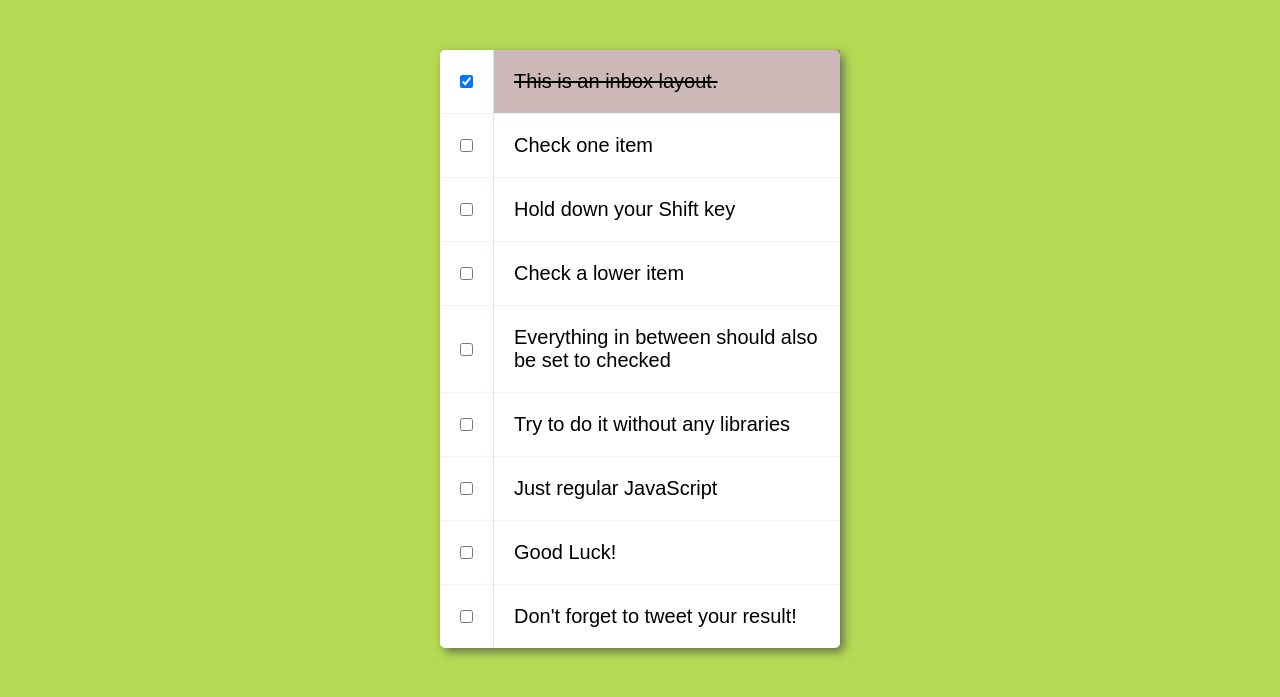
Repository: Freezler/Shift-Select-Checkboxes
Page: index.html
These files come from the project's save history. The page is drawn as it stood at one moment and after the next save; the edit follows.
The browser window is 1280 px wide. The pictures show the whole page.
The first `input` is checked.

Above is the page before, as saved 2024-09-07 21:19:55.

### index.html
<!DOCTYPE html>
<html lang="en">

<head>
  <meta charset="UTF-8">
  <title>Hold Shift to Check Multiple Checkboxes</title>
  <link rel="icon" href="https://fav.farm/🔥" />
</head>

<body>
  <style>
    html {
      font-family: sans-serif;
      font-weight: 500;

      background: rgb(180, 218, 85);
    }

    .inbox {
      max-width: 400px;
      margin: 50px auto;
      background: white;
      border-radius: 5px;
      box-shadow: 4px 4px 10px rgba(98, 108, 74, 0.947);
    }

    .item {
      display: flex;
      align-items: center;
      border-bottom: 1px solid #F1F1F1;
    }

    .item:last-child {
      border-bottom: 0;
    }

    input:checked+p {
      background: #F9F9F9;
      text-decoration: line-through;
    }

    input[type="checkbox"] {
      margin: 20px;

    }

    input:checked+p {
      background: #51090949;
      text-decoration: line-through;
    }


    p {
      margin: 0;
      padding: 20px;
      transition: background 0.2s;
      flex: 1;

      font-size: 20px;
      font-weight: 200;
      border-left: 1px solid #D1E2FF;
    }
  </style>
  <!--  The following is a common layout you would see in an email client.
        When a user clicks a checkbox, holds Shift, and then clicks another checkbox a few rows down, all the checkboxes in between those two checkboxes should be checked.

  -->
  <div class="inbox">
    <div class="item">
      <input type="checkbox">
      <p>This is an inbox layout.</p>
    </div>
    <div class="item">
      <input type="checkbox">
      <p>Check one item</p>
    </div>
    <div class="item">
      <input type="checkbox">
      <p>Hold down your Shift key</p>
    </div>
    <div class="item">
      <input type="checkbox">
      <p>Check a lower item</p>
    </div>
    <div class="item">
      <input type="checkbox">
      <p>Everything in between should also be set to checked</p>
    </div>
    <div class="item">
      <input type="checkbox">
      <p>Try to do it without any libraries</p>
    </div>
    <div class="item">
      <input type="checkbox">
      <p>Just regular JavaScript</p>
    </div>
    <div class="item">
      <input type="checkbox">
      <p>Good Luck!</p>
    </div>
    <div class="item">
      <input type="checkbox">
      <p>Don't forget to tweet your result!</p>
    </div>
  </div>

  <script>
    const checkboxes = document.querySelectorAll('.inbox input[type="checkbox"]');
    checkboxes.forEach(checkbox => checkbox.addEventListener('click', handleCheck))

    let lastChecked;

    function handleCheck(e) {
      // check for shift-press

      if (e.shiftKey && this.checked) {
        console.log("haha it's clicked with shift down AND checked!")
      }
      if (e.shiftKey && !this.checked) {
        console.log("haha it's clicked with shift down but not checked!")
      }
      lastChecked = this;
    }

  </script>
</body>

</html>

After the next save:
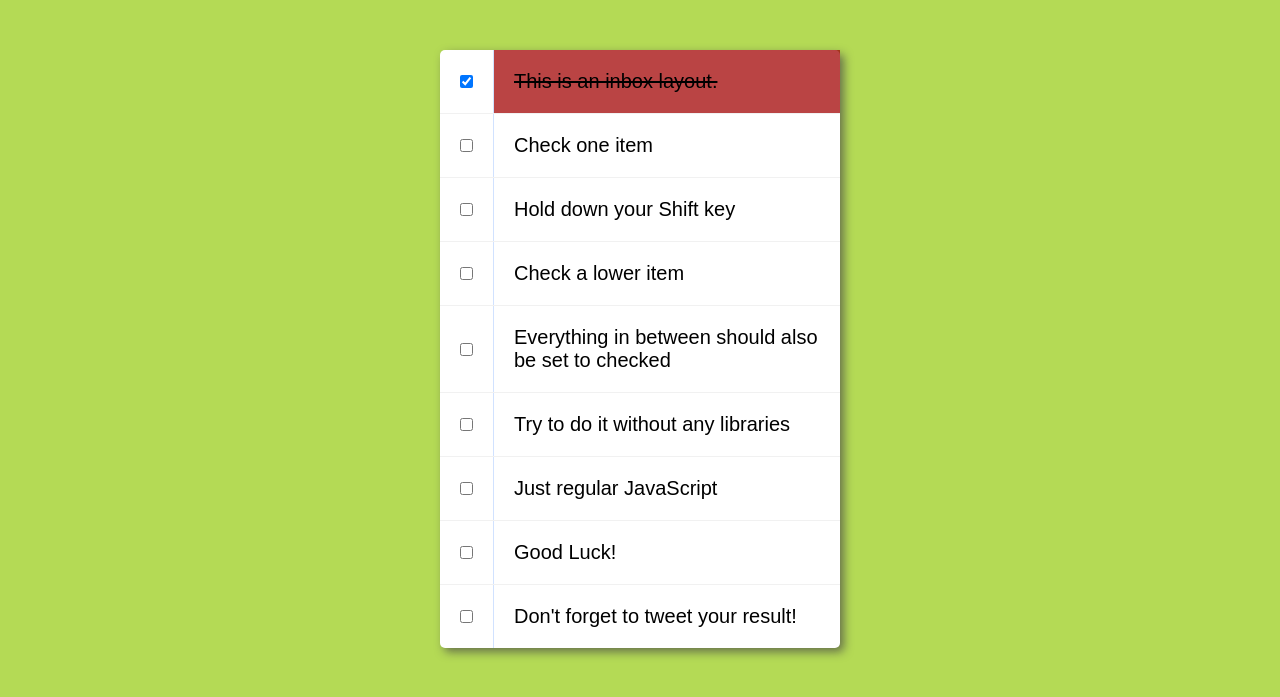
Saved 13 s later.
--- a/index.html
+++ b/index.html
@@ -45,7 +45,7 @@
     }
 
     input:checked+p {
-      background: #51090949;
+      background: #a30404bd;
       text-decoration: line-through;
     }
 
